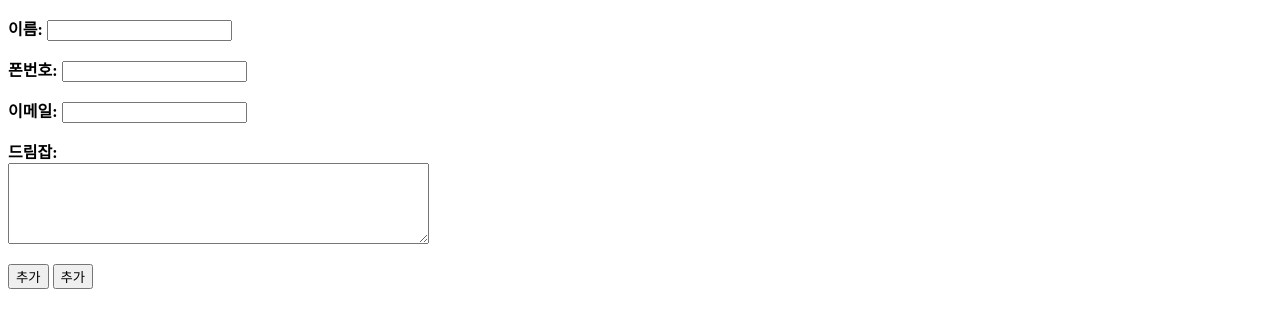
Repository: Visionary1/fullstack-dev-study
Page: http://localhost/Test/lesson04/ex02.jsp
An editor plug-in stored every save of this project. The page is shown before and after the next save, followed by the edit.
The browser window is 1280 px wide. The pictures show the whole page.
The page is served by Tomcat 9.

Above is the page before, as saved 2022-02-11 13:00:09.

### 4_servlet/workspace/Test/src/main/webapp/lesson04/ex02.jsp
<%@ page language="java" contentType="text/html; charset=UTF-8"
    pageEncoding="UTF-8"%>
<!DOCTYPE html>
<html>
<head>
<meta charset="UTF-8">
<title>사용자 추가</title>
</head>
<body>

<!--
	flow

	1) 유저 추가 : 인풋 폼 - ex02.jsp -> 서블릿(insert 쿼리) -> 유저 목록 (select 쿼리) ex02_1.jsp
	2) 유저 삭제 : 유저 목록 ex02_1.jsp 삭제 클릭 -> 서블릿 (delete 쿼리) -> 유저 목록 ex02_1.jsp
 -->

 	<form method="post" action="/lesson04/user_insert">
 		<p>
 			<b>이름:</b>
 			<input type="text" name="name">
 		</p>

 		<p>
 			<b>폰번호:</b>
 			<input type="text" name="phoneNumber">
 		</p>

 		<p>
 			<b>이메일:</b>
 			<input type="text" name="email">
 		</p>

 		<p>
 			<b>드림잡:</b><br>
 			<textarea rows="5" cols="50" name="dreamJob"></textarea>
 		</p>

 		<p>
 			<!--  --><input type="submit" value="추가">
 			<button type="submit">추가</button>
 		</p>


 	</form>

</body>
</html>

After the next save:
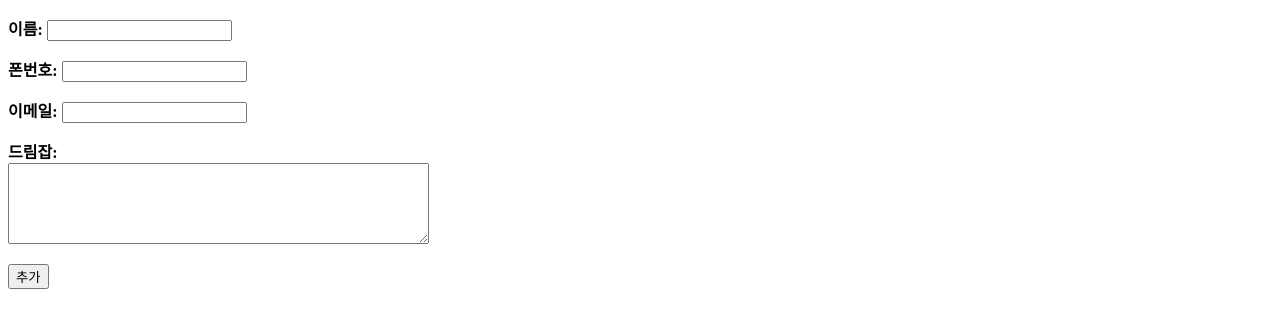
Saved 9 s later.
--- a/4_servlet/workspace/Test/src/main/webapp/lesson04/ex02.jsp
+++ b/4_servlet/workspace/Test/src/main/webapp/lesson04/ex02.jsp
@@ -37,7 +37,7 @@
  		</p>
 
  		<p>
- 			<!--  --><input type="submit" value="추가">
+<!--  			<input type="submit" value="추가"> -->
  			<button type="submit">추가</button>
  		</p>
 
